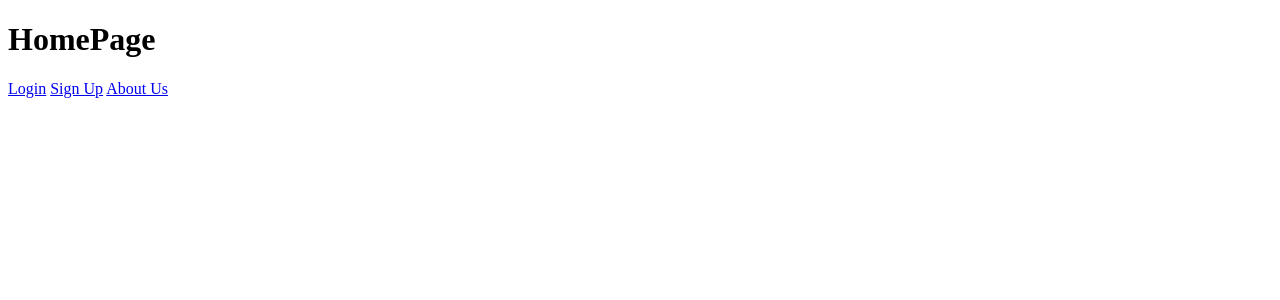
Repository: chirag555/Java_full_stack
Page: http://localhost/BasicMVC/Index.jsp
The author's editor kept a copy of each file at every save. The page is drawn from the files as they stood at one save, then again after the next save.
The browser window is 1280 px wide. The pictures show the whole page.
The page is served by Tomcat 9. Other server files are loaded and not shown.

Above is the page before, as saved 2020-02-13 07:13:20.

### BasicMVC/WebContent/Index.jsp
<%@ page language="java" contentType="text/html; charset=ISO-8859-1"
    pageEncoding="ISO-8859-1"%>
<!DOCTYPE html>
<html>
<head>
<meta charset="ISO-8859-1">
<title>Home Page</title>
</head>
<body>
<h1>HomePage</h1>
<a href="<%=request.getContextPath()%>/Controller?page=login">Login</a>
<a href="<%=request.getContextPath()%>/Controller?page=SignUp">Sign Up</a>
<a href="<%=request.getContextPath()%>/Controller?page=about">About Us</a>

</body>
</html>

After the next save:
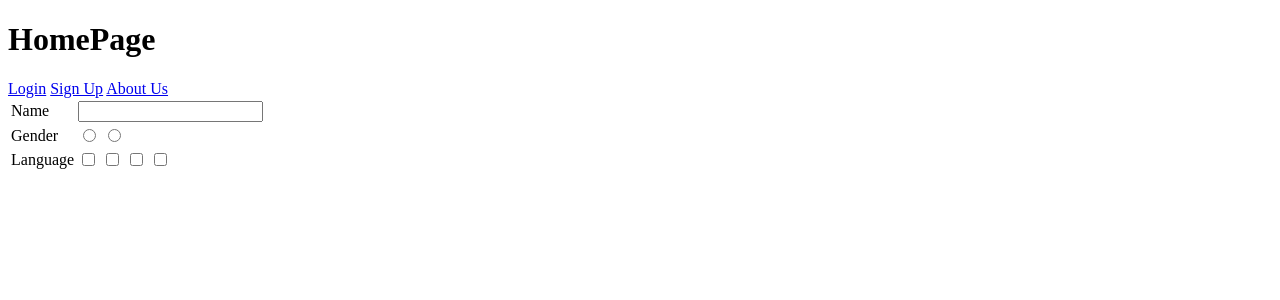
Saved 27 min 6 s later.
--- a/BasicMVC/WebContent/Index.jsp
+++ b/BasicMVC/WebContent/Index.jsp
@@ -12,5 +12,24 @@
 <a href="<%=request.getContextPath()%>/Controller?page=SignUp">Sign Up</a>
 <a href="<%=request.getContextPath()%>/Controller?page=about">About Us</a>
 
+<form metod=get action="submit.jsp">
+<table>
+<tr>
+<td>Name</td>
+<td><input type=text name=name></td>
+</tr>
+<tr>
+<td>Gender</td>
+<td><input type=radio name=gender value=male>
+	  <input type=radio name=gender value=female></td></tr>
+<tr><td>
+Language</td><td><input type=checkbox name=language value=English>
+				<input type=checkbox name=language value=Hindi>
+				<input type=checkbox name=language value=Gujarati>
+				<input type=checkbox name=language value=Punjabi>
+</td>
+</tr>
+</table>
+</form>
 </body>
 </html>
